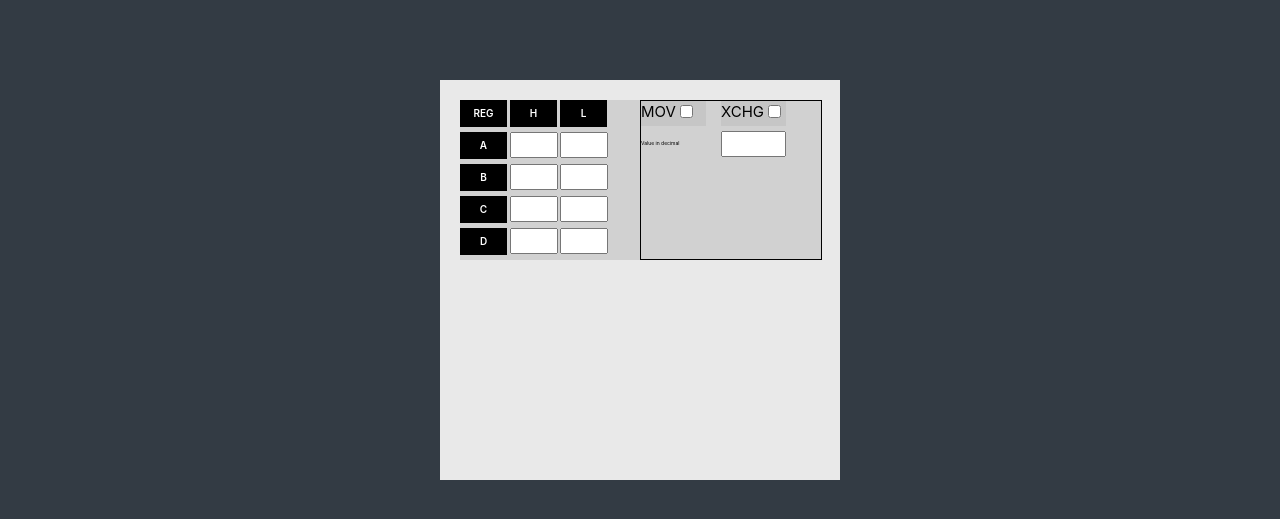
Repository: piookr-wsei/8086
Page: /
These files come from the project's save history. The page is drawn as it stood at one moment and after a run of saves; the edit follows.
The browser window is 1280 px wide. The pictures show the whole page.
The project was rebuilt for these pictures with package versions that can differ from the ones it lists, and the page was loaded fresh each time.

Above is the page before, as saved 2022-06-18 21:20:11.

### src/App.js
import React from 'react';
import { useState } from 'react';
import './App.css';
import { RegDesc, RegInput, RegWrapper, UiWindow, UiWrapper, SettingsWrapper, Labels, CheckWrapper, OpBox, LineWrap, NumDesc } from './Components/Components.elements';


function App() {

  const xchg="xchg";
  const mov="mov"

  const [movChecked, setMovChecked] = useState(false);

  const [xchgChecked, setXchgChecked] = useState(false);

  const [opChosen,setOpChosen] = useState(null)

  function HandleCheck(name){
    if(name=="mov"){
      setMovChecked(!movChecked)
      setXchgChecked(false)
    }
    else if(name=="xchg"){
      setXchgChecked(!xchgChecked)
      setMovChecked(false)

    }
    setOpChosen(name)
  }

function OpChange(){
  return(
    <>
    <Labels>
      <CheckWrapper>
        MOV
        <OpBox type="checkbox"  checked={movChecked} onClick={() => HandleCheck(mov)} id="MOV"/>
      </CheckWrapper>
      <CheckWrapper>
        XCHG
        <OpBox type="checkbox" checked={xchgChecked} onChange={() => HandleCheck(xchg)} id="XCHG" name="XCHG"/>
      </CheckWrapper>
    </Labels>
    </>
    )
  }







  return (
    <div className="App">
      <UiWindow>
        <UiWrapper>
          <RegWrapper>
            <RegDesc textContent={"REG"}/>  <RegDesc textContent={"H"}/>  <RegDesc textContent={"L"}/>

            <RegDesc textContent={"A"}/>  <RegInput maxLength={2}/> <RegInput maxLength={2}/>
            <RegDesc textContent={"B"}/>  <RegInput maxLength={2}/> <RegInput maxLength={2}/>
            <RegDesc textContent={"C"} />  <RegInput maxLength={2}/> <RegInput maxLength={2}/>
            <RegDesc textContent={"D"}/>  <RegInput maxLength={2}/> <RegInput maxLength={2}/>
          </RegWrapper>

          <SettingsWrapper>

              <OpChange/>

              <LineWrap>
              <NumDesc textContent={"Value in decimal"}/>  <RegInput maxLength={2} style={{width:"57px"}}/>
              </LineWrap>
          </SettingsWrapper>



        </UiWrapper>
      </UiWindow>

    </div>
  );
}

export default App;

### src/App.css
body{
  height: 100%;
  background: rgba(1, 10, 22, 0.8);
}
.App {

}

.App-logo {
  height: 40vmin;
  pointer-events: none;
}

@media (prefers-reduced-motion: no-preference) {
  .App-logo {
    animation: App-logo-spin infinite 20s linear;
  }
}

.App-header {
  background-color: #282c34;
  min-height: 100vh;
  display: flex;
  flex-direction: column;
  align-items: center;
  justify-content: center;
  font-size: calc(10px + 2vmin);
  color: white;
}

.App-link {
  color: #61dafb;
}

@keyframes App-logo-spin {
  from {
    transform: rotate(0deg);
  }
  to {
    transform: rotate(360deg);
  }
}

### src/Components/Components.elements.js
import styled from "styled-components";

export const UiWindow = styled.div`
    height: 400px;
    width: 400px;
    background: rgb(233,233,233);
    position: relative;
    margin: auto;
    top: 80px;
`

export const UiWrapper = styled.div`
    border: 20px solid transparent;
    display: grid;
    grid-template-columns: 1fr 1fr;
`

export const RegWrapper = styled.div`
    width: 180px;
    background: rgba(0,0,0,0.1);
    position: relative;
    left: 0;
    display: grid;
    grid-template-columns: 50px 50px 50px;
`

export const RegInput = styled.input`
    height: 20px;
    width: 40px;
    margin-bottom:5px;
    text-align: center;
`

export const SettingsWrapper = styled.div`
    width: 180px;
    background: rgba(0,0,0,0.1);
    position: relative;
    right: 0;
    display: grid;
    grid-template-columns: 180px;
    border: solid 1px black;
    font-size: 15px;
    line-height: 22px;
    grid-template-rows: repeat(auto-fit,30px);

`

export const RegDescSC = styled.div`
    height: 27px;
    width: 47px;
    background: black;
    margin-bottom:5px;
    color: white;
    font-weight: 600;
`

export const DescText = styled.p`
    font-size: 10px;
    text-align: center;
    position: relative;
    top: -3px;
`

export function RegDesc(props){
    return(
        <RegDescSC>
            <DescText>{props.textContent}</DescText>
        </RegDescSC>
    )
}

export const Labels = styled.div`
    display: grid;
    grid-template-columns: 80px 80px;
`

export const CheckWrapper = styled.div`
    background: rgba(0,0,0,0.05);
    width: 65px;
    height: 25px;
`

export const OpBox = styled.input`
    vertical-align: "middle";
    position: relative;
    top: 1px;
`

export const LineWrap = styled.div`
    width: 180px;
    display: flex;
    align-items: center;
`

export const NumSC = styled.div`
    width: 80px;
    text-align: left !important;
`

export function NumDesc(props){
    return(
        <NumSC>
            <DescText style={{textAlign: "left", fontSize:"5px"}}>{props.textContent}</DescText>
        </NumSC>
    )
}

Loaded but not shown: public/index.html (common file); src/index.js (common file); src/index.css (common file); src/reportWebVitals.js (common file)

After the next 2 saves:
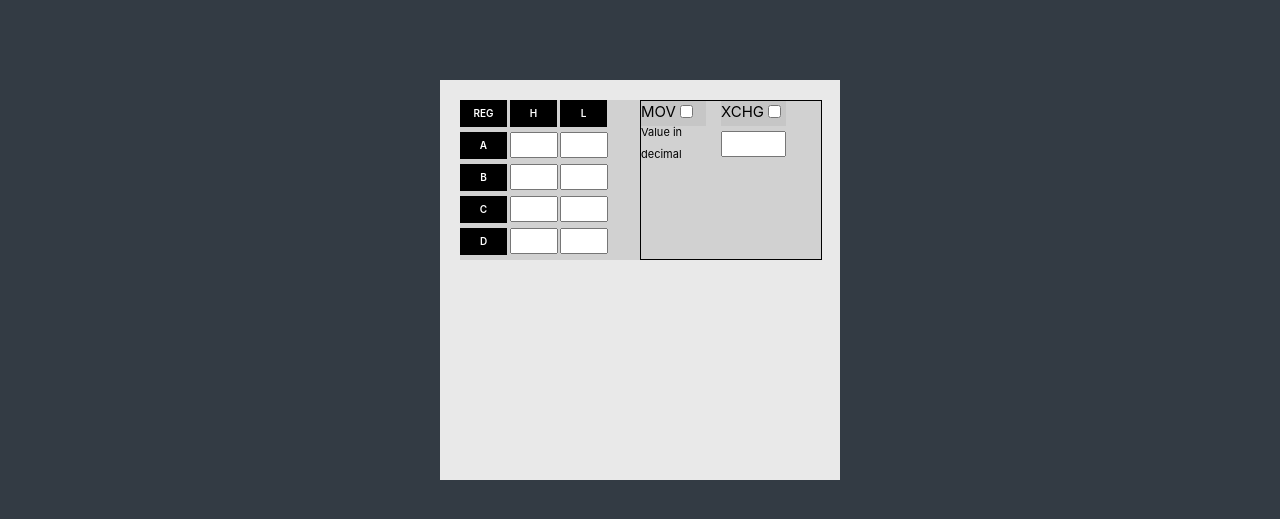
The 2 saves are shown as one change because they came seconds apart.
The last was saved 8 s later.
--- a/src/Components/Components.elements.js
+++ b/src/Components/Components.elements.js
@@ -100,7 +100,7 @@ export const NumSC = styled.div`
 export function NumDesc(props){
     return(
         <NumSC>
-            <DescText style={{textAlign: "left", fontSize:"5px"}}>{props.textContent}</DescText>
+            <DescText style={{textAlign: "left", fontSize:"11px"}}>{props.textContent}</DescText>
         </NumSC>
     )
 }
